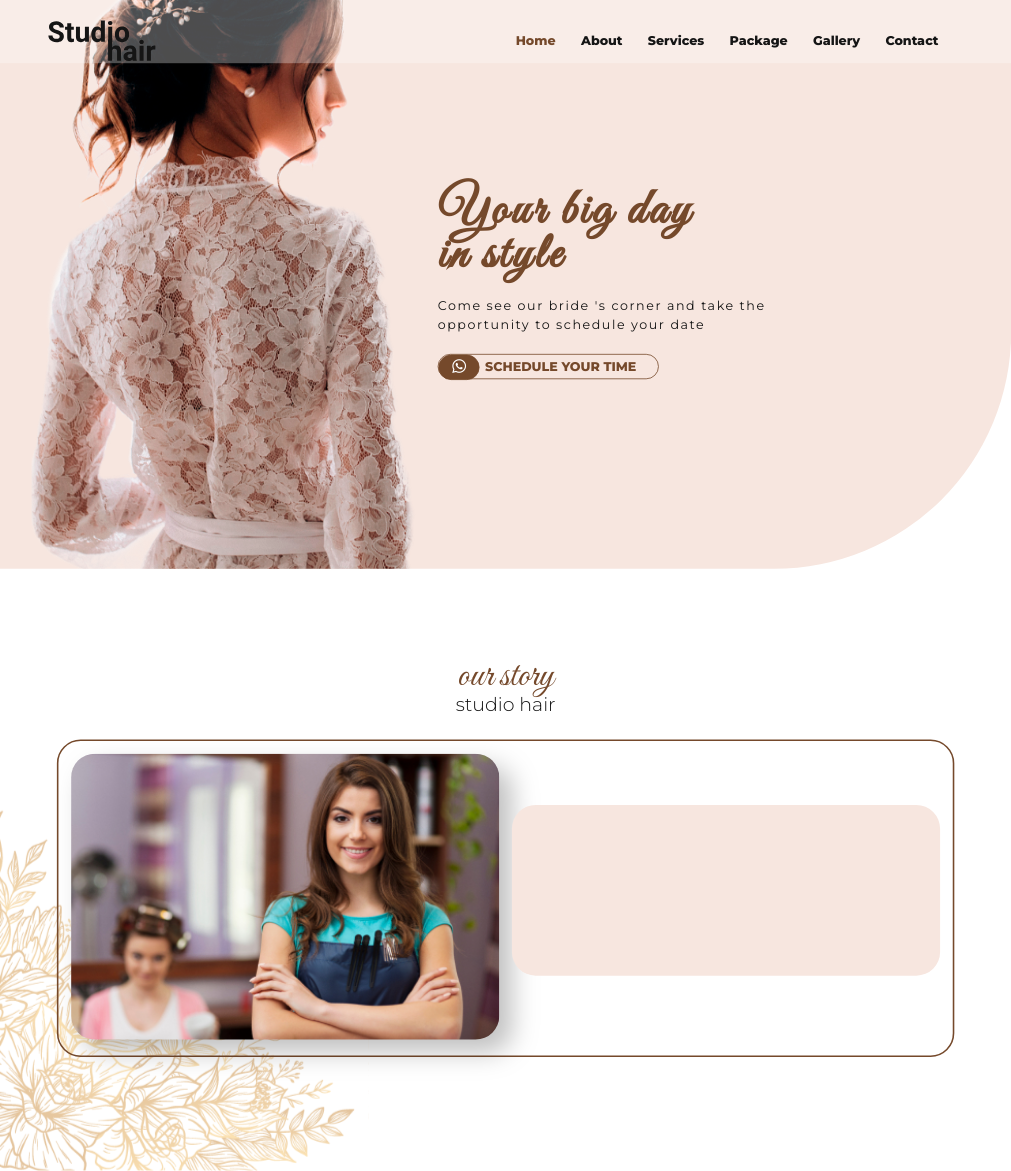
Repository: TuanHuflit2k1/clone-web01
Page: index.html
An editor plug-in stored every save of this project. The page is shown before and after the next save, followed by the edit.
The browser window is 1280 px wide. The pictures show the whole page, at 79% of full size.
Some web libraries are served in a nearby version.

Above is the page before, as saved 2022-04-28 11:19:50.

After the next save:
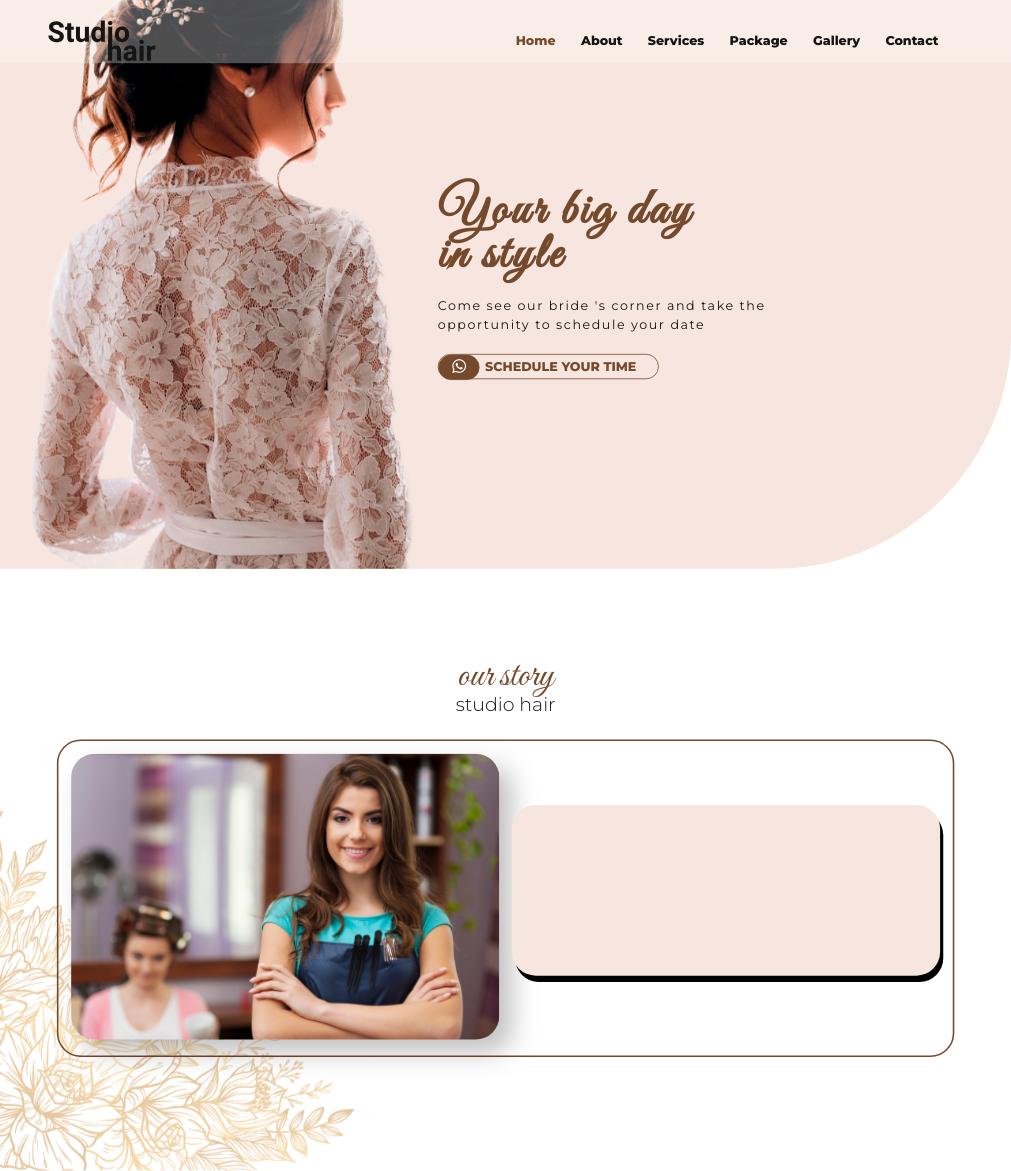
Saved 4 s later.
--- a/style.css
+++ b/style.css
@@ -265,7 +265,7 @@
     left: 0;
     background-color: var(--main-color);
     border-radius: 30px;
-    box-shadow: ;
+    box-shadow: 4px 8px ;
 }
 @media (max-width: 920px) {
   .nav-menu {

After the 2 saves that followed:
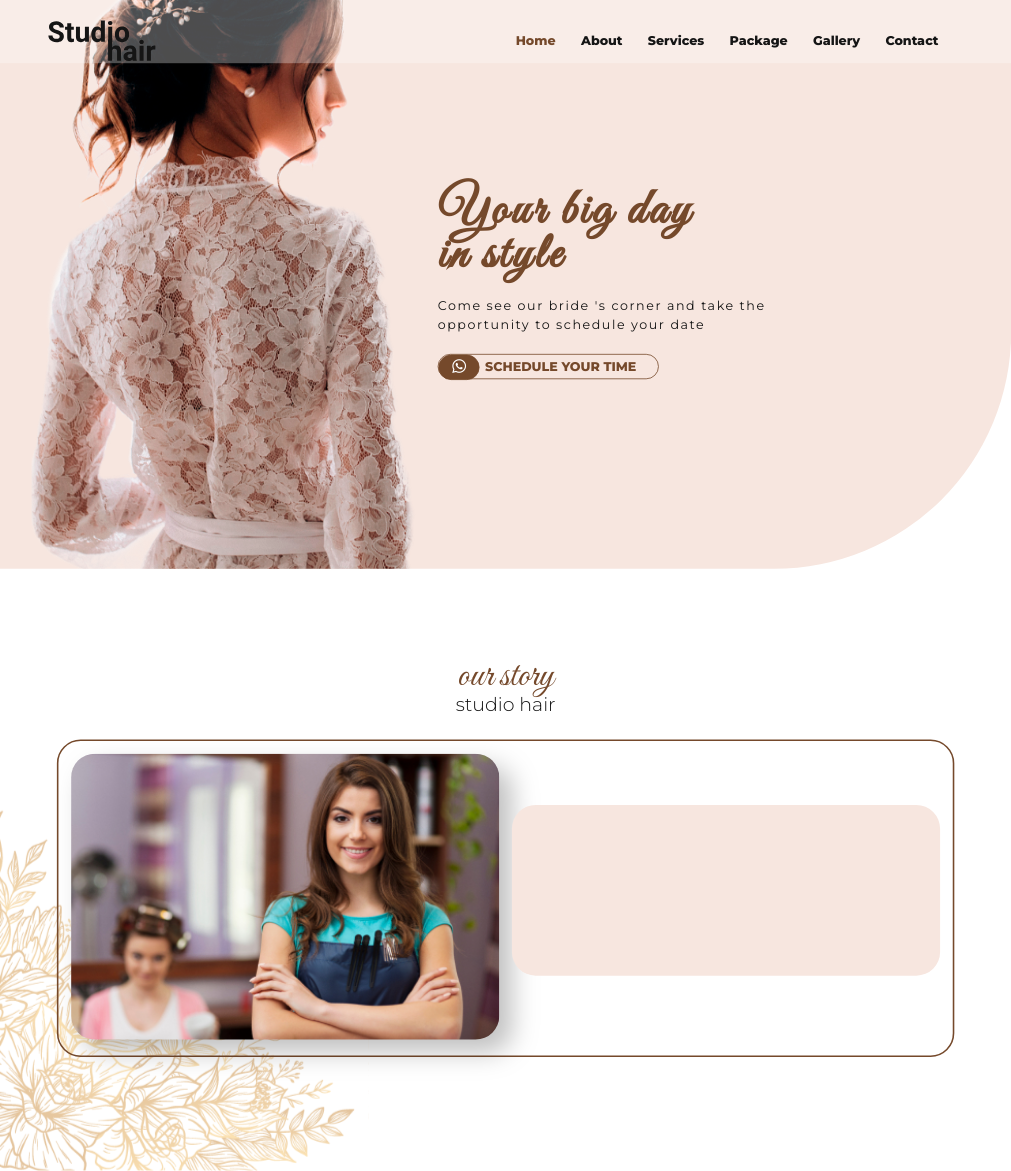
The 2 saves are shown as one change because they came seconds apart.
The last was saved 8 s later.
--- a/style.css
+++ b/style.css
@@ -265,7 +265,7 @@
     left: 0;
     background-color: var(--main-color);
     border-radius: 30px;
-    box-shadow: 4px 8px ;
+    box-shadow: 4px 8px 16px rgba(0, green, blue, alpha);
 }
 @media (max-width: 920px) {
   .nav-menu {
